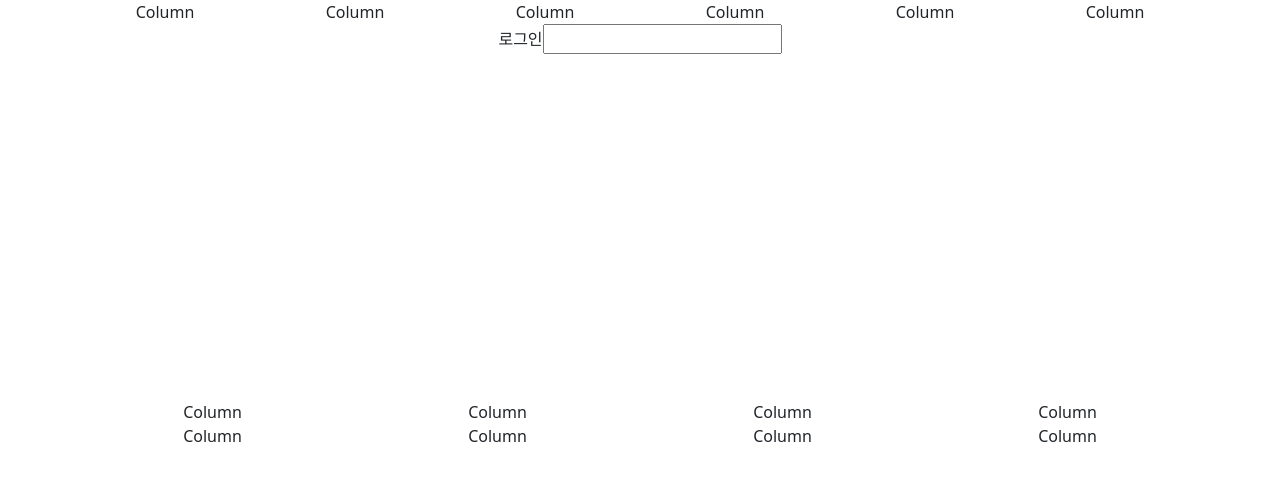
Repository: golddrone7/front
Page: http://localhost/step07_JSPProject/acodian/myweb.jsp
The author's editor kept a copy of each file at every save. The page is drawn from the files as they stood at one save, then again after the next save.
The browser window is 1280 px wide. The pictures show the whole page.
The page is served by Tomcat 9.

Above is the page before, as saved 2023-02-28 00:49:52.

After the next save:
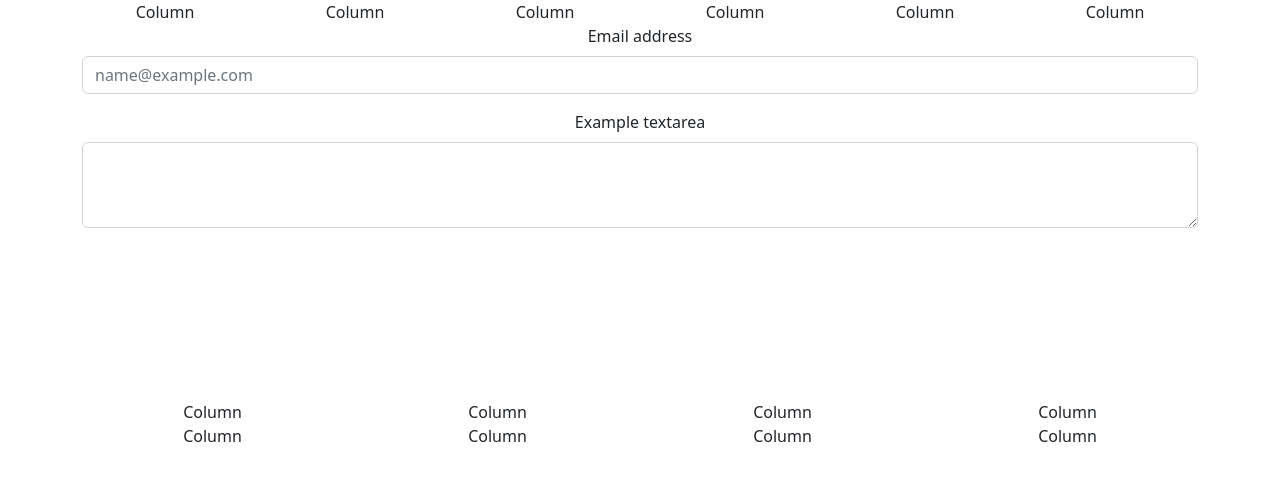
Saved 46 s later.
--- a/step07_JSPProject/src/main/webapp/acodian/myweb.jsp
+++ b/step07_JSPProject/src/main/webapp/acodian/myweb.jsp
@@ -19,9 +19,14 @@
     <div class="col">Column</div>
     <div class="col">Column</div>
   </div>
-  <div>
-  	<label>로그인</label><input type="text" >
-  </div>
+<div class="mb-3">
+  <label for="exampleFormControlInput1" class="form-label">Email address</label>
+  <input type="email" class="form-control" id="exampleFormControlInput1" placeholder="name@example.com">
+</div>
+<div class="mb-3">
+  <label for="exampleFormControlTextarea1" class="form-label">Example textarea</label>
+  <textarea class="form-control" id="exampleFormControlTextarea1" rows="3"></textarea>
+</div>
 </div>
 <div class="container text-center">
   <div class="row row-cols-1 row-cols-sm-2 row-cols-md-4">
